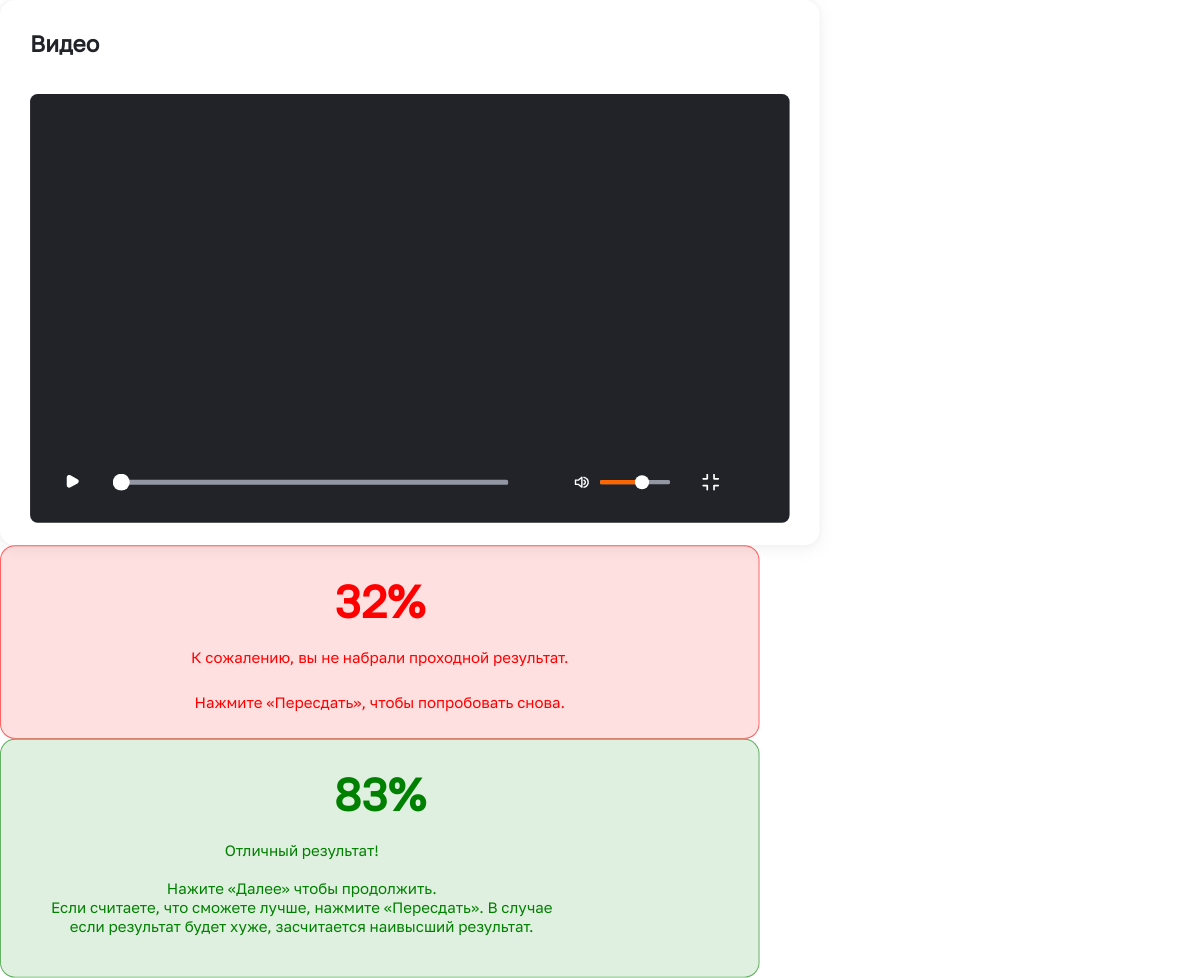
Repository: RuslanSR2424/Group5_LizaAlert
Page: index.html
These files come from the project's save history. The page is drawn as it stood at one moment and after the next save; the edit follows.
The browser window is 1280 px wide. The pictures show the whole page, at 94% of full size.

Above is the page before, as saved 2022-03-09 18:19:04.

After the next save:
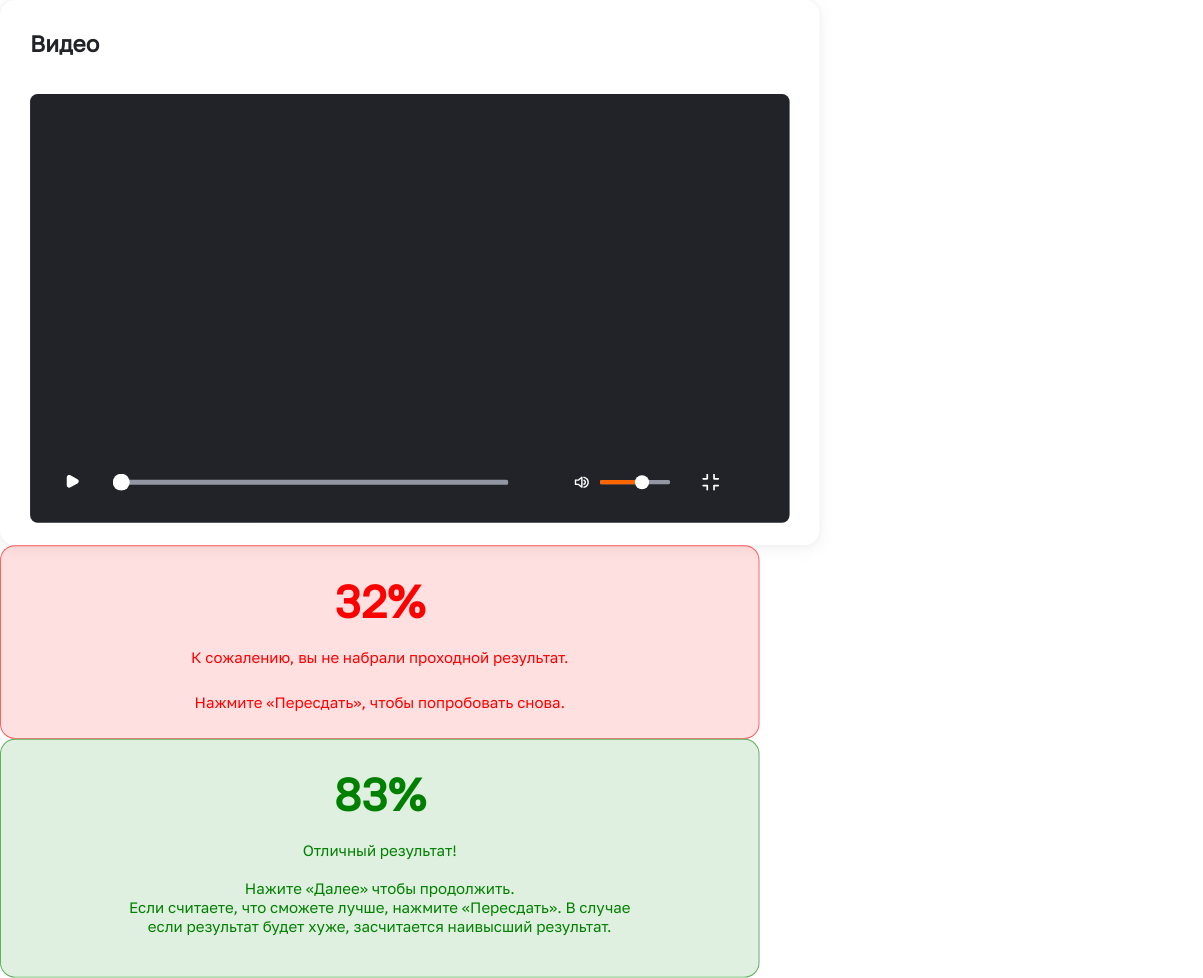
Saved 17 s later.
--- a/blocks/results/__good/results__good.css
+++ b/blocks/results/__good/results__good.css
@@ -1,4 +1,8 @@
 .results__good {
+  display: flex;
+  flex-direction: column;
+  align-items: center;
+
   width: 808px;
   height: 254px;
   left: 32px;
@@ -7,5 +11,4 @@
   border: 1.2px solid rgba(0, 128, 0, 0.6);
   box-sizing: border-box;
   border-radius: 16px;
-  align-items: center;
 }
